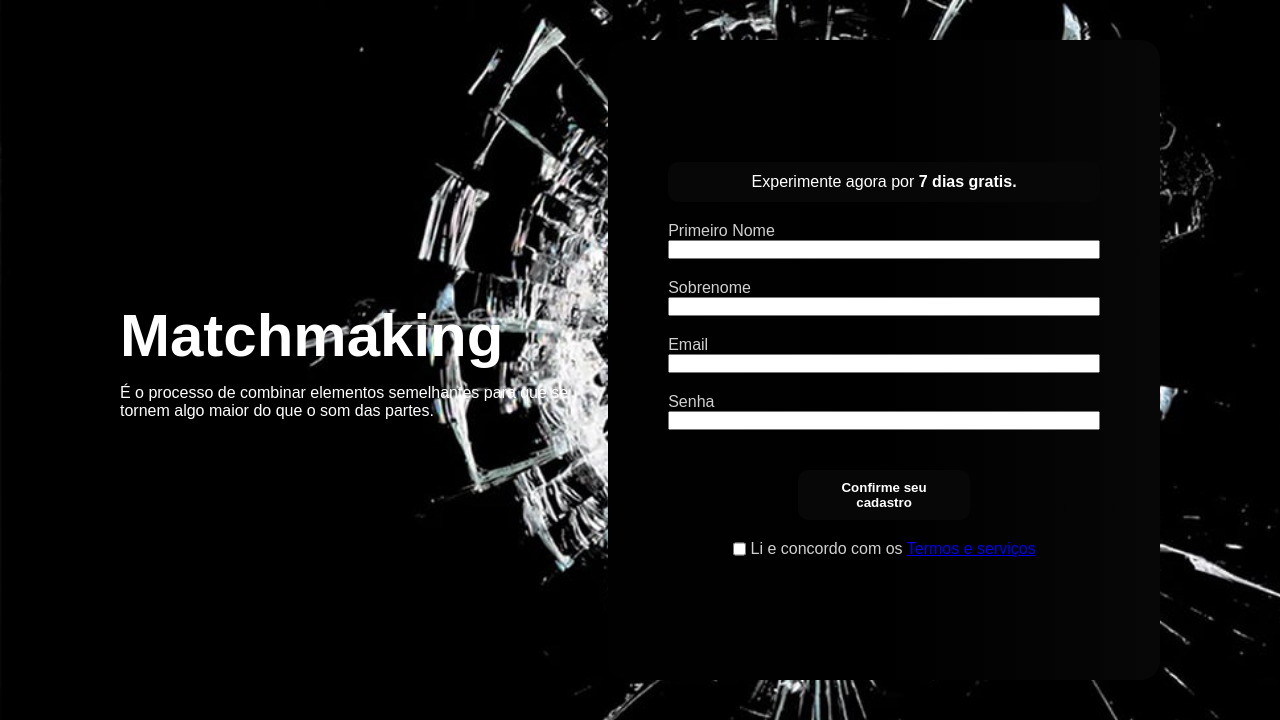
Repository: analessp/tela-login
Page: index.html
These files come from the project's save history. The page is drawn as it stood at one moment and after a run of saves; the edit follows.
The browser window is 1280 px wide. The pictures show the whole page.
Some web fonts or font styles are not loaded; a fallback is used.

Above is the page before, as saved 2025-04-16 11:55:53.

### index.html
<!DOCTYPE html>
<html lang="pt-br">
  <head>
    <meta charset="UTF-8" />
    <meta name="viewport" content="width=device-width, initial-scale=1.0" />
    <title>Tela de Login</title>
    <link rel="stylesheet" href="style.css" />
    <link rel="preconnect" href="https://fonts.googleapis.com" />
    <link rel="preconnect" href="https://fonts.gstatic.com" crossorigin />
    <link href="https://fonts.googleapis.com/css2?family=Nunito:ital,wght@0,200..1000;1,200..1000&family=Special+Gothic&display=swap" rel="stylesheet" />
  </head>
  <body>
    <main>
      <div class="container-left">
        <h1>Matchmaking</h1>
        <p>É o processo de combinar elementos semelhantes para que se tornem algo maior do que o som das partes.</p>
      </div>
      <div class="container-right">
        <a href="#" class="teste-gratis">
          <p>Experimente agora por <b>7 dias gratis.</b></p>
        </a>
        <div class="forms">
          <form>

            <div class="forms__info">
              <label for="name">
                <p>Primeiro Nome</p>
                <input id="name" type="text" />
              </label>
            </div>
            <div>
                <label for="lastname">
                    <p>Sobrenome</p>
                    <input id="lastname" type="text" />
                </label>
            </div>

            <div>
                <label for="email">
                    <p>Email</p>
                    <input id="email" type="email" />
                </label>
            </div>

            <div>
                <label for="password">
                    <p>Senha</p>
                    <input id="password" type="password" />
                </label>
            </div>

            <button type="submit">
                <p>Confirme seu cadastro</p>
            </button>
            <div class="terms">
                <input type="checkbox">
                <p>
                    Li e concordo com os <a href="#">Termos e serviços</a>
                </p>
            </div>
          </form>
        </div>
      </div>
    </main
  </body>
</html>

### style.css
* {
    margin: 0;
    padding: 0;
    box-sizing: border-box;
    width: 100%;
    font-family: "Special Gothic", sans-serif;
}

main {
    display: flex;
    background-image: url("./assets/background.jpg");
    background-repeat: no-repeat center center;
    background-size: cover;
    display: flex;
    height: 100vh;
    z-index: 0;
    padding: 40px 120px;
}

&::after {
    content: "";
    background: #1e130c;
    position: absolute;
    top: 0;
    left: 0;
    opacity: 0.9;
    width: 100%;
    height: 100%;
    z-index: -1;
}

.container-left {
    color: white;
    display: flex;
    justify-content: center;
    flex-direction: column;
    gap: 14px;
}

.container-left h1 {
    font-size: 60px;

    &:hover::after{
        cursor: pointer;
        content: "";
        position: absolute;
        bottom: 350px;
        left: 120px;
        background-color: #d0d0d0;
        height: 4px;
        width: 420px;
        transition-duration: 800ms;
        animation-name: left-to-right;
        animation-duration: 620ms;
        animation-iteration-count: 1;
        }
}

.container-right {
    background: #080707;
    background: linear-gradient(90deg, rgb(1, 1, 1) 0%, rgb(0, 0, 0) 50%, rgba(8, 7, 7, 1) 100%);
    display: flex;
    flex-direction: column;
    justify-content: center;
    align-items: center;
    padding: 0 60px;
    border-radius: 20px;
}

.teste-gratis {
    display: flex;
    justify-content: center;
    align-items: center;
    text-align: center;
    width: 100%;
    max-width: 460px;
    height: 40px;
    background-color: #080707;
    text-decoration: none;
    color: white;
    border-radius: 10px;
    margin-bottom: 20px;
}

.teste-gratis p{
text-align: center;
}



.forms form{
    display: flex;
    flex-direction: column;
    gap: 20px;
    color: #d0d0d0;
}

.forms button {
    cursor: pointer;
    margin-top: 20px;
    border-radius: 10px;
    padding: 10px 15px;
    background-color: #080707;
    color: #fff;
    width: 40%;
    align-self: center;
    border: 0px;
    box-shadow: 1px 0.2px 0.5px #030303;
    font-weight: 580;
    transition-duration: 500ms;

    &:hover {
        transform: translate(300px)
    }
}

.terms {
    display: flex;
    justify-content: center;
    gap: 5px;
}

.terms input {
    width: fit-content;

}

.terms p{
    width: fit-content;
}

@keyframes left-to-right {
0% {
    width: 0;
}
100% {
    width: 400px;
}
}

After the next 4 saves:
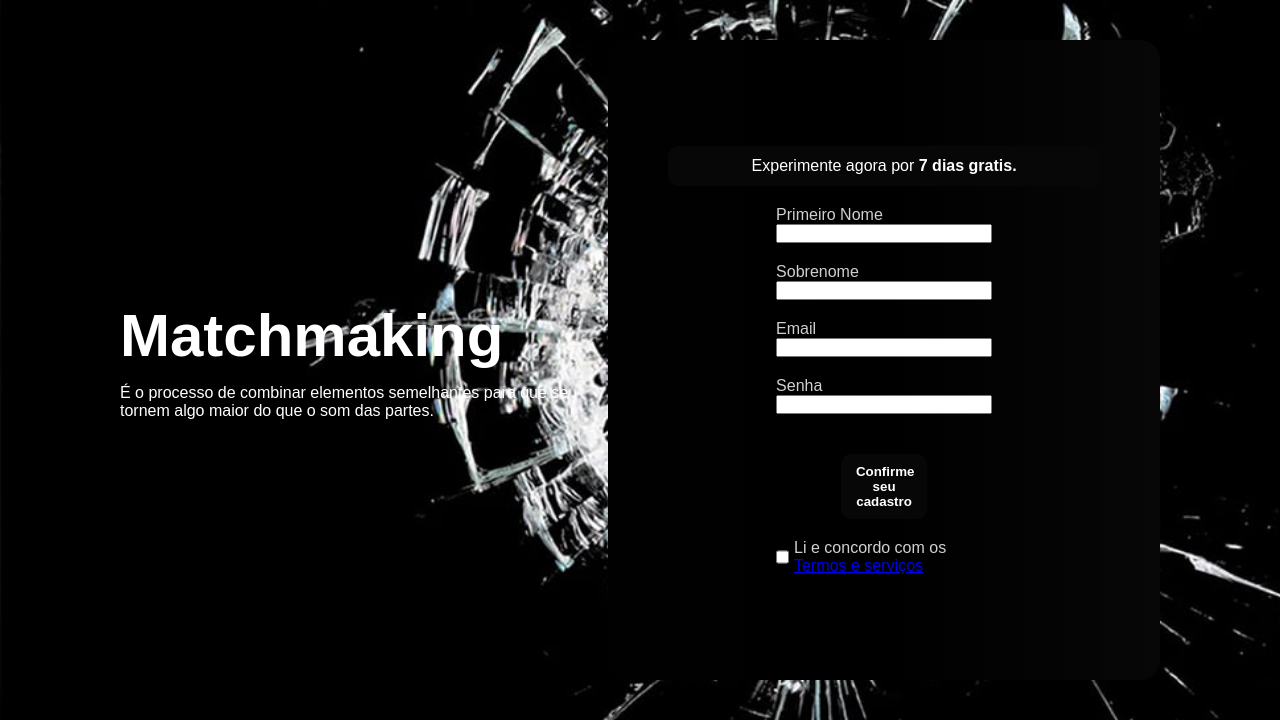
The 4 saves are shown as one change because they came seconds apart.
The last was saved 13 s later.
--- a/style.css
+++ b/style.css
@@ -86,7 +86,9 @@
 text-align: center;
 }
 
-
+.forms {
+    width: 50%;
+}
 
 .forms form{
     display: flex;
